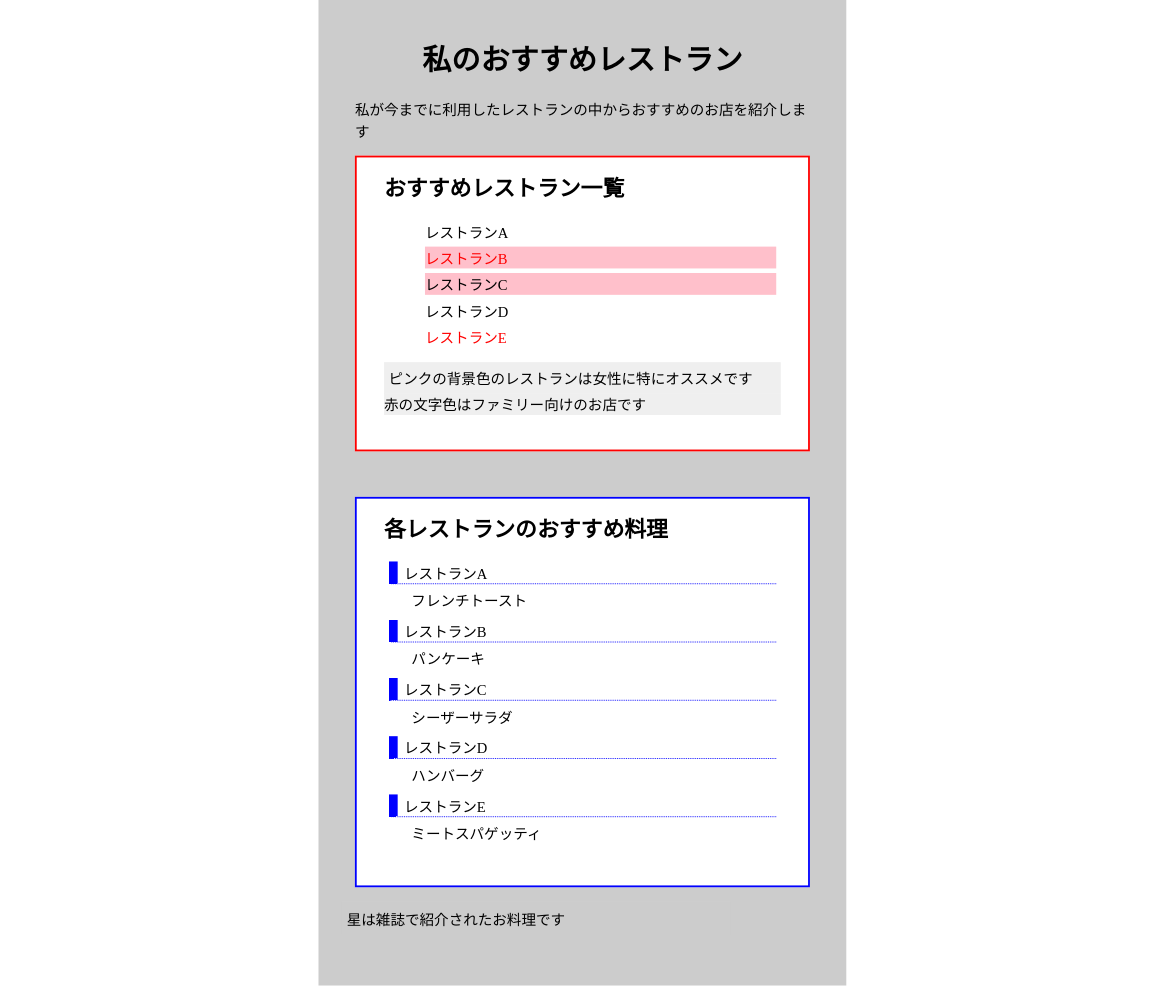
Repository: tsubasa2/restaurant
Page: 2021.2.html
The author's editor kept a record of every edit. The page is drawn from the files as they stood at one moment, then again after the next edit.
The browser window is 1280 px wide. The pictures show the whole page, at 91% of full size.

Above is the page before.

After the next edit:
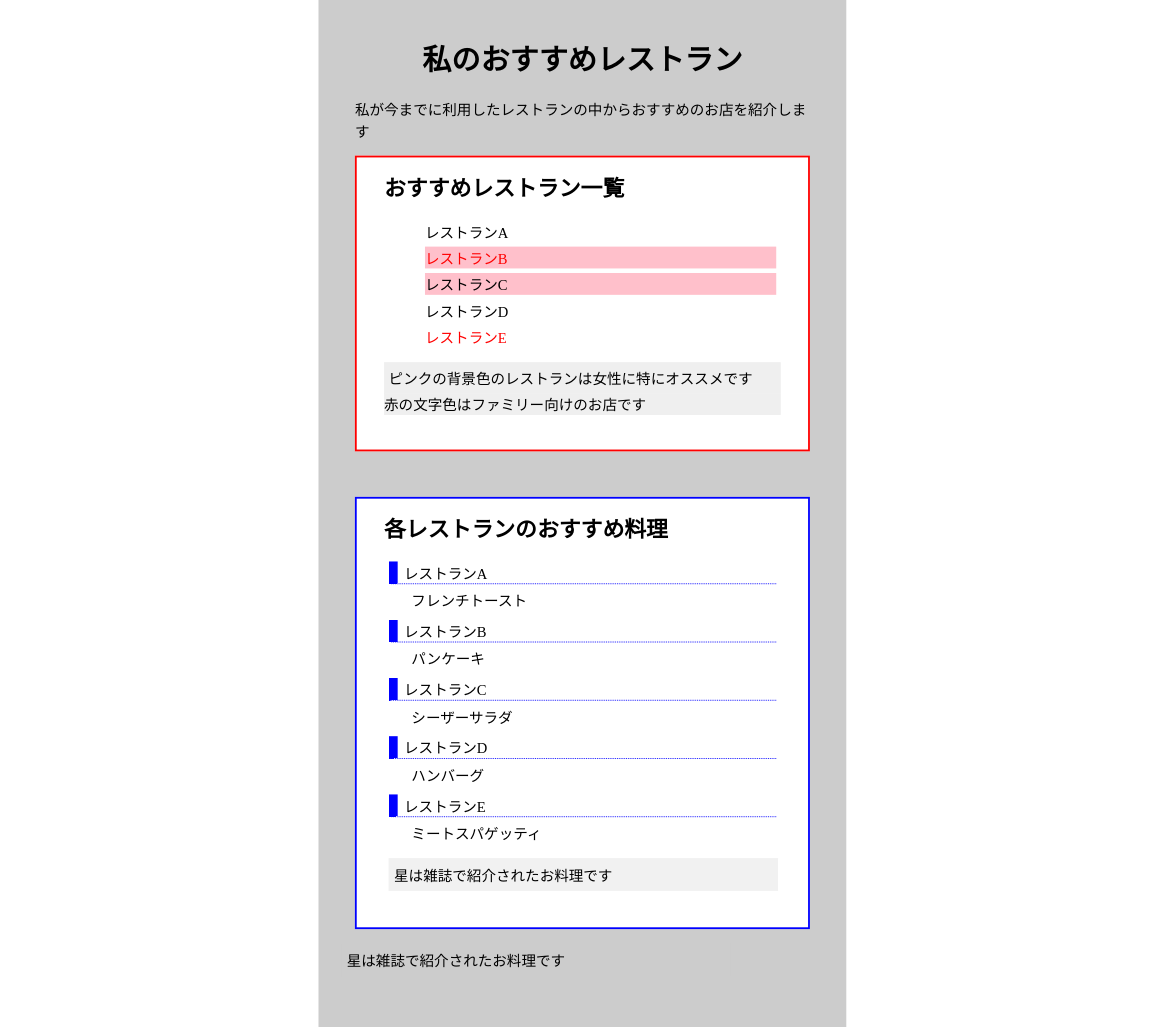
The edit:
--- a/2021.2.html
+++ b/2021.2.html
@@ -38,6 +38,7 @@
                     <li>レストランE</li>
                     <p id="food5">ミートスパゲッティ</p>
                 </ul>
+                    <p id="sentence">星は雑誌で紹介されたお料理です</p>
                 </div>
             </div>
             <div id="sentence">
